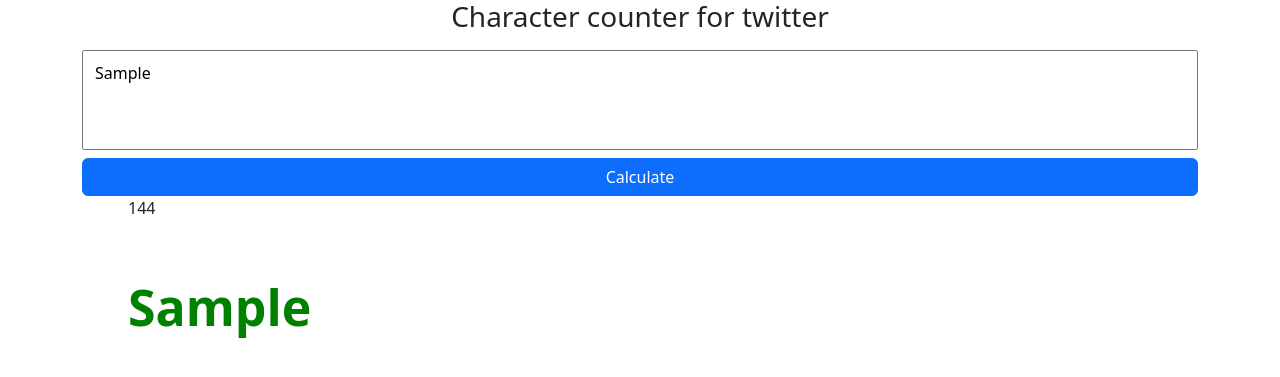
Repository: magmukendi/Tweets-Count
Page: index.html
The author's editor kept a copy of each file at every save. The page is drawn from the files as they stood at one save, then again after a run of saves.
The browser window is 1280 px wide. The pictures show the whole page.
Empty fields were first filled with sample values (such as "Sample", 5 or name@example.com).
After loading, the first visible `#tt` was changed once.
Some web libraries are served in a nearby version.

Above is the page before, as saved 2022-06-11 15:14:28.

### index.html
<!DOCTYPE html>
<html lang="en">
<head>
    <meta charset="UTF-8">
    <meta http-equiv="X-UA-Compatible" content="IE=edge">
    <meta name="viewport" content="width=device-width, initial-scale=1.0">
    <link href="https://cdn.jsdelivr.net/npm/bootstrap@5.2.0-beta1/dist/css/bootstrap.min.css" rel="stylesheet" integrity="sha384-0evHe/X+R7YkIZDRvuzKMRqM+OrBnVFBL6DOitfPri4tjfHxaWutUpFmBp4vmVor" crossorigin="anonymous">
    <link rel="shortcut icon" href="assets/images/icon.ico"image/x-icon">
    <script src="https://kit.fontawesome.com/cd3abaa76f.js" crossorigin="anonymous"></script>

    <link href="style.css" rel="stylesheet">
    <title>Price Calculator</title>
</head>
<body>
    <div id="answer" class="container row">
        <h3>Character counter for twitter</h3>
        <textarea id="tt" class="mt-2 mb-2" id="won" autosize></textarea>
        <button onclick="myFunction()" class="btn btn-primary"> Calculate</button>


    </div>

    <div id="result"justify style="width: 80%; margin:auto; text-align: justify;">

    </div>


    <script type="text/javascript" src="app.js"></script>
</body>
</html>

### style.css
body{
    margin:auto;
    align-items: center;
    text-align: center;
}
.container{
    margin:auto;
    display: flex;
    justify-content: center;
    align-items: center;
}

.form-elem{
    margin-top: 10;
    margin-bottom: 10;
}

#tt{
    resize: none;
    overflow: visible;
    padding-top:10px;
    padding-bottom: 10px;
    height: 100px;
}

### app.js
let list = []
let result = 0;
let x;
let p;
let xValue;
let s;
let number;
let input = document.getElementById('tt');
let d;
let e;
let doc = document.getElementById('result');

function print(){
        doc.innerHTML = '';
        x = document.getElementById('tt');
        p = document.createElement('p')
        number = document.createElement('p')
        xValue = x.value;
        if (xValue){
                p.innerText = xValue
        }
        doc.append(number)
        doc.appendChild(p)
        p.style = 'font-weight:bold; font-size:50px; margin-top:50px';
        number.style = 'margin:auto, text-align:center';
}
function colorChange(){
        s = p.innerText
        let n =/\w+/g
        let char = /.+|\s+|\r+|\t+|\n+/g
        console.log(s.match(char).length)

        number.innerText = (145 - s.match(char).length);

        if(s.match(char).length <=145/2){

                p.style.color ='green'
        }
        else if(s.match(char).length >=145/2 && s.match(char).length <=140){
                p.style.color = 'blue';

        }
        else if(s.match(char).length >=135){
                p.style.color ='red';
                console.log(s.match(n))

        }


}
function render (){
        document.getElementById('tt').addEventListener('keyup', print)
        document.getElementById('tt').addEventListener('keyup', colorChange)
}
render()
function myFunction(){
        let doc = document.getElementById('result');
        doc.innerHTML = '';

        if (xValue){
                p.innerText = xValue
        }
        else{
                alert("please enter a number")
        }
        doc.appendChild(p)
        p.style = 'font-weight:bold; font-size:50px; margin-top:50px'
        x.value = ''
}


/*function add(){
        let p = document.getElementById('tt');
        let d =parseInt(p.value)
        if (d>=0){
                result += d;
                p.value =''
                console.log(result)
        }
        else{
                alert("please enter a number")
        }
}*/

After the next 5 saves:
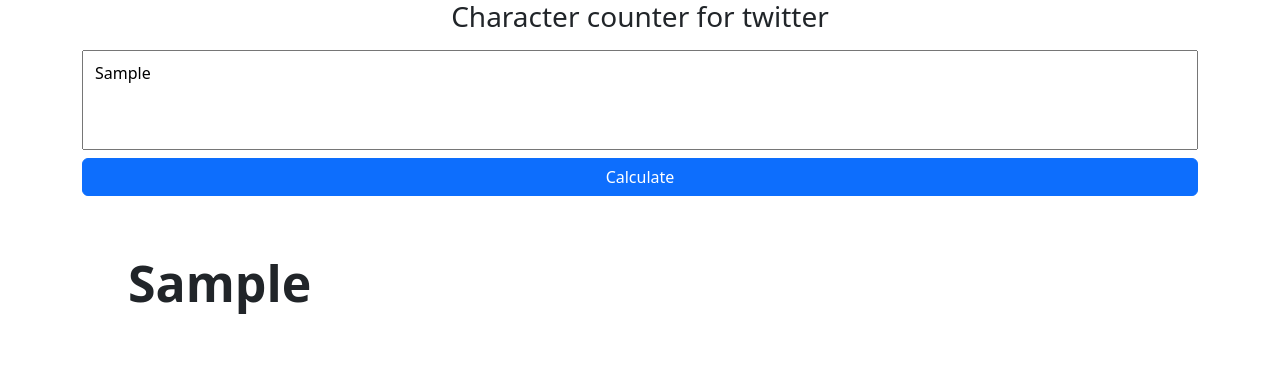
Console error: TypeError: Cannot read properties of null (reading 'length')
The 5 saves are shown as one change because they came seconds apart.
The last was saved 26 s later.
--- a/app.js
+++ b/app.js
@@ -27,7 +27,7 @@
 function colorChange(){
         s = p.innerText
         let n =/\w+/g
-        let char = /.+|\s+|\r+|\t+|\n+/g
+        let char = /.\s|\r|\t|\n+/g
         console.log(s.match(char).length)
 
         number.innerText = (145 - s.match(char).length);

After the save that followed:
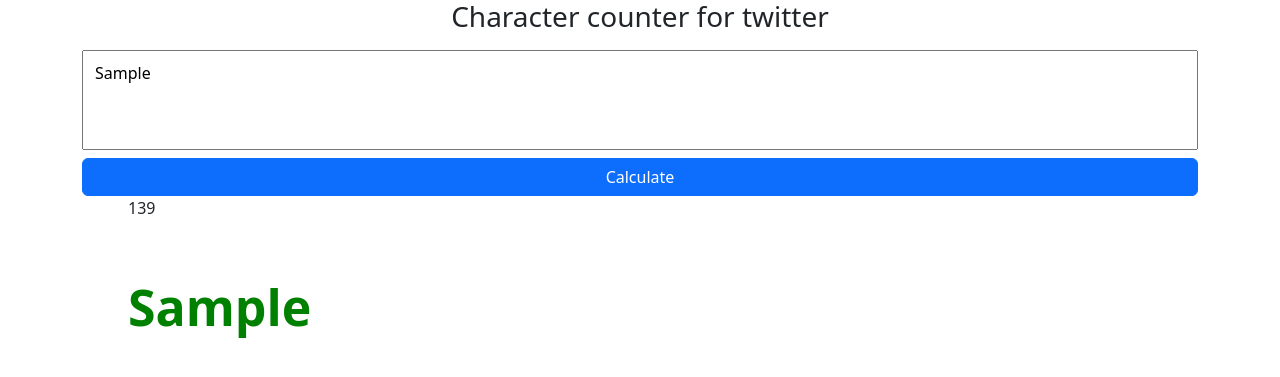
The error is gone.
Saved 9 s later.
--- a/app.js
+++ b/app.js
@@ -27,7 +27,7 @@
 function colorChange(){
         s = p.innerText
         let n =/\w+/g
-        let char = /.\s|\r|\t|\n+/g
+        let char = /.|\s|\r|\t|\n+/g
         console.log(s.match(char).length)
 
         number.innerText = (145 - s.match(char).length);
